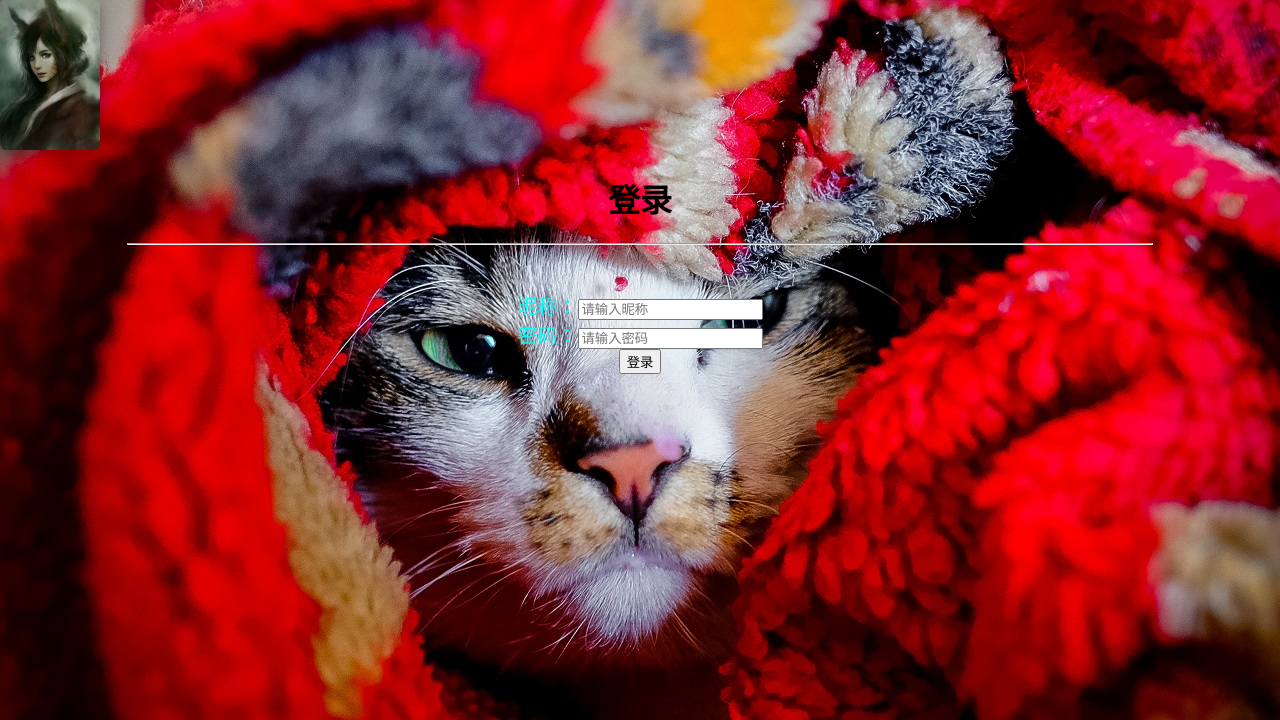
Repository: JuniorProjectTraining/free
Page: http://localhost/emss/login.jsp
The author's editor kept a copy of each file at every save. The page is drawn from the files as they stood at one save, then again after the next save.
The browser window is 1280 px wide. The pictures show the whole page.
The page is served by Tomcat 9.

Above is the page before, as saved 2019-12-25 13:35:22.

After the next save:
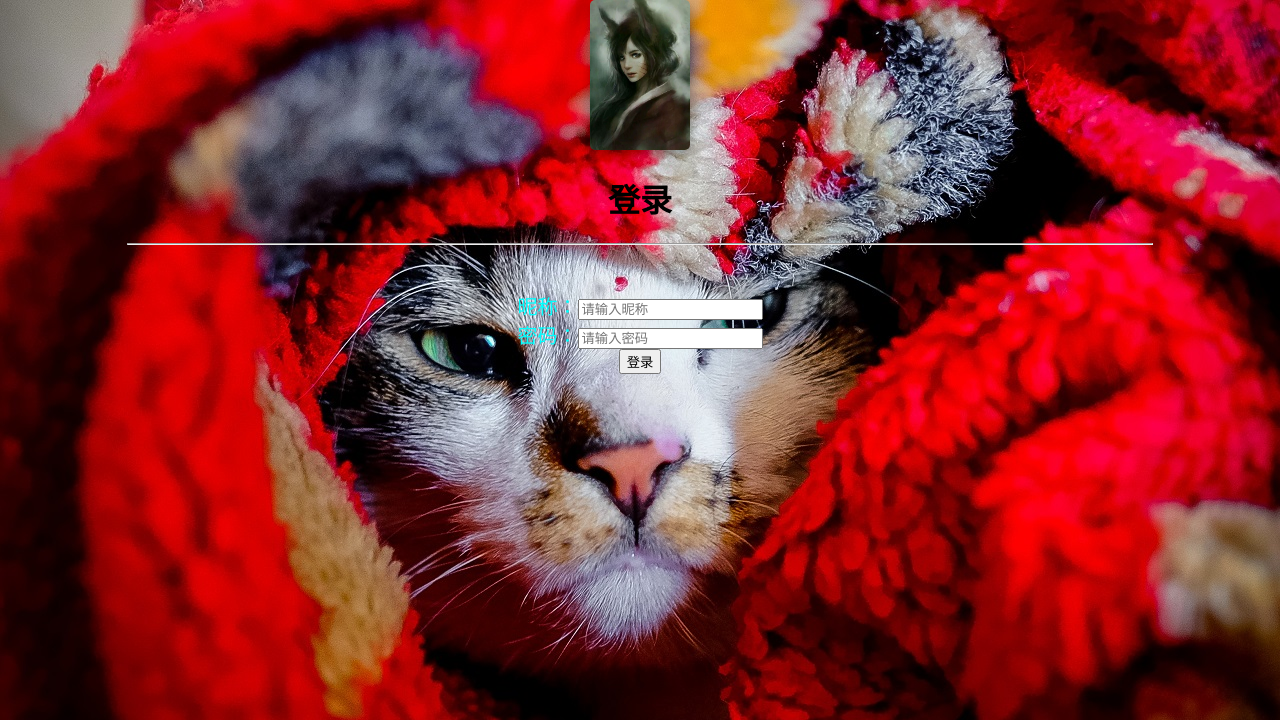
Saved 3 min 35 s later.
--- a/emss/src/main/webapp/login.jsp
+++ b/emss/src/main/webapp/login.jsp
@@ -13,7 +13,6 @@ body {
 }
 .nn {
 	font-family: "楷体";
-	text-align: center;
 	font-size: 20px;
 	color: cyan;
 }
@@ -35,6 +34,7 @@ body {
 	background-size: 100%;
 	background-repeat: no-repeat;
 	height: 100%;
+	text-align: center;
 }
 </style>
 </head>
